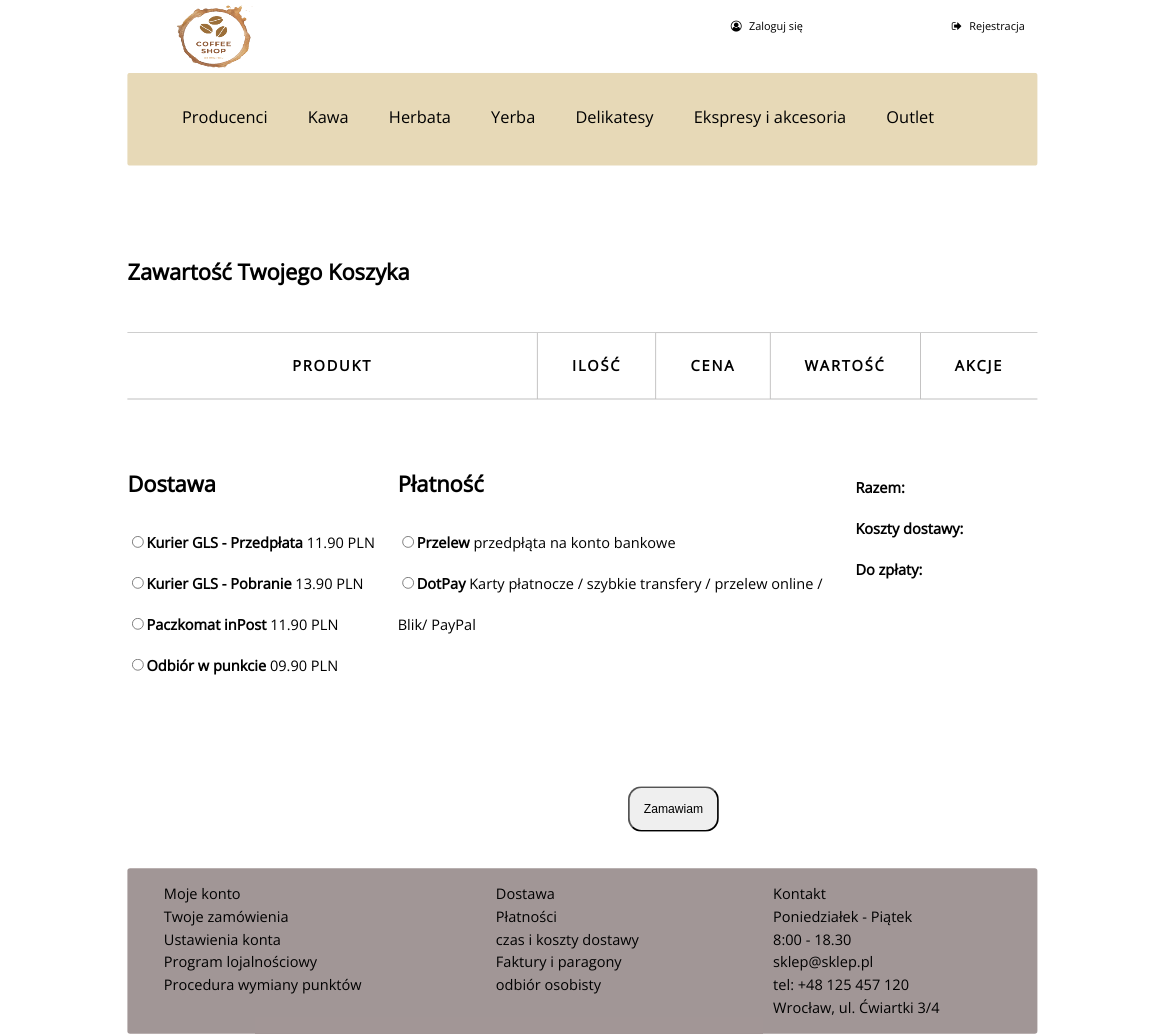
Repository: kq333/CoffeShop
Page: index2.html
An editor plug-in stored every save of this project. The page is shown before and after the next save, followed by the edit.
The browser window is 1280 px wide. The pictures show the whole page, at 91% of full size.
The style sheet was rebuilt from its Sass, Less or Tailwind sources for each picture, by a compiler version that may differ from the author's.

Above is the page before, as saved 2020-12-20 22:28:49.
Console error: TypeError: Cannot read properties of null (reading 'findIndex')

After the next save:
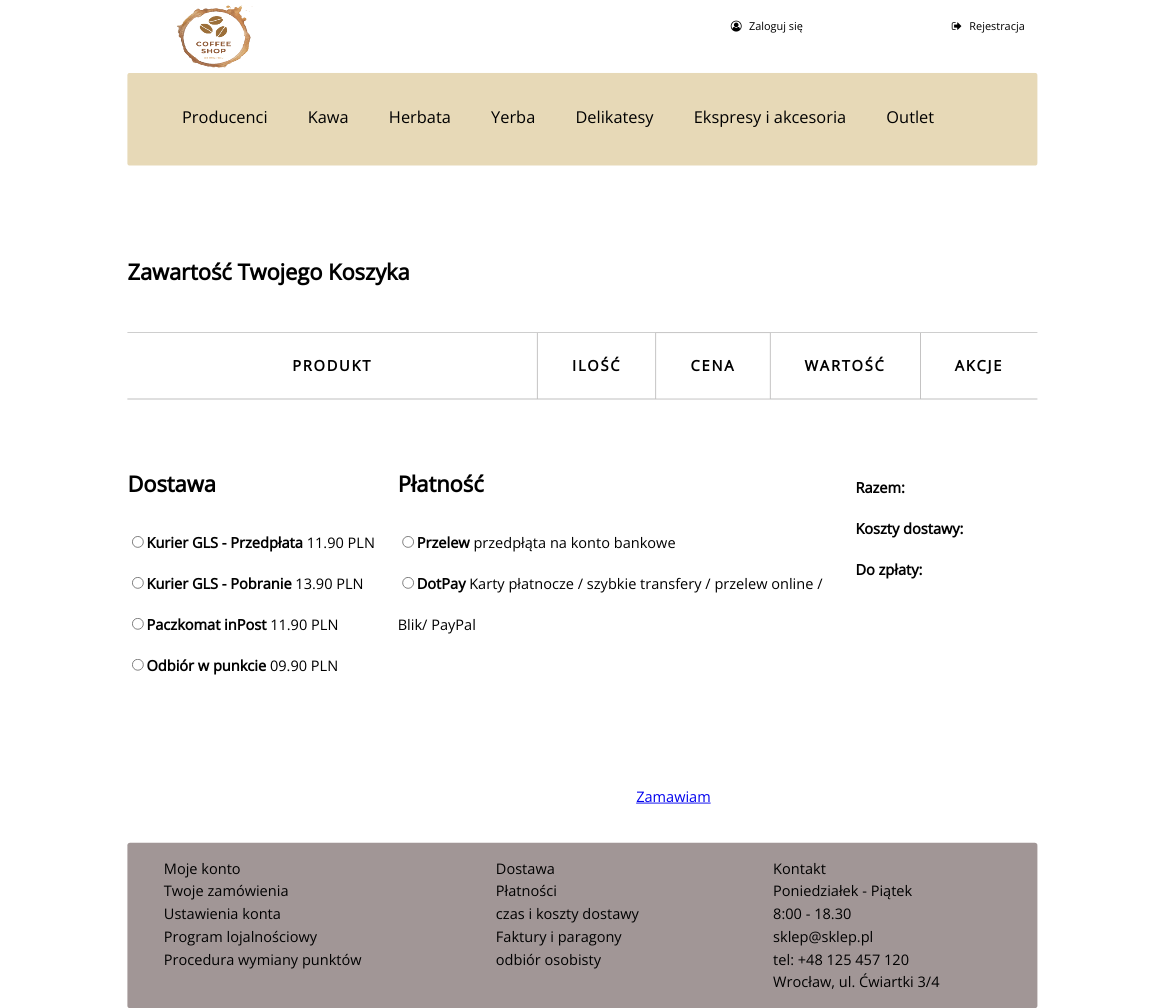
Saved 41 s later.
--- a/index2.html
+++ b/index2.html
@@ -522,8 +522,8 @@
 
                         <div class="buttons">
 
-                            <div class="btnTwo">
-                                <button id="btnOrder1">Zamawiam</button>
+                            <div class="btnTwo"><a href="insex3.html"
+                                <button id="btnOrder1" >Zamawiam</button></a>
                             </div>
 
                         </div>
